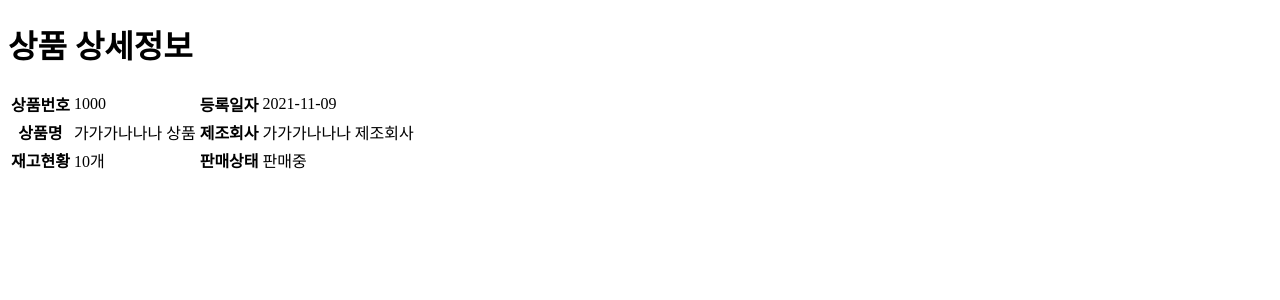
Repository: benpark0613/basic
Page: http://localhost/sample/product/detail.jsp
The author's editor kept a copy of each file at every save. The page is drawn from the files as they stood at one save, then again after the next save.
The browser window is 1280 px wide. The pictures show the whole page.
The page is served by Tomcat 9.

Above is the page before, as saved 2021-11-09 03:46:16.

After the next save:
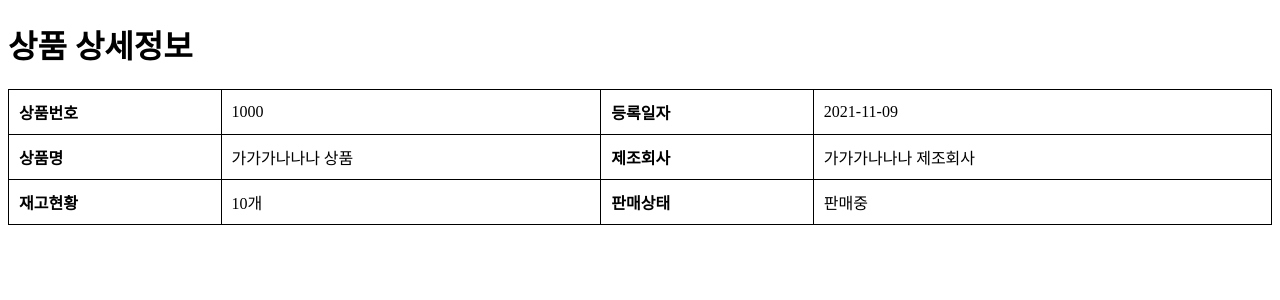
Saved 108 s later.
--- a/HR_app/sample/src/main/webapp/product/detail.jsp
+++ b/HR_app/sample/src/main/webapp/product/detail.jsp
@@ -5,6 +5,17 @@
 <head>
 <meta charset="UTF-8">
 <title>상품 상세정보</title>
+<style type="text/css">
+	table {
+		width: 100%;
+		border-collapse: collapse;
+	}
+	th, td {
+		border: 1px solid black;
+		padding: 10px;
+		text-align: Left;
+	}
+</style>
 </head>
 <body>
 	<h1>상품 상세정보</h1>
